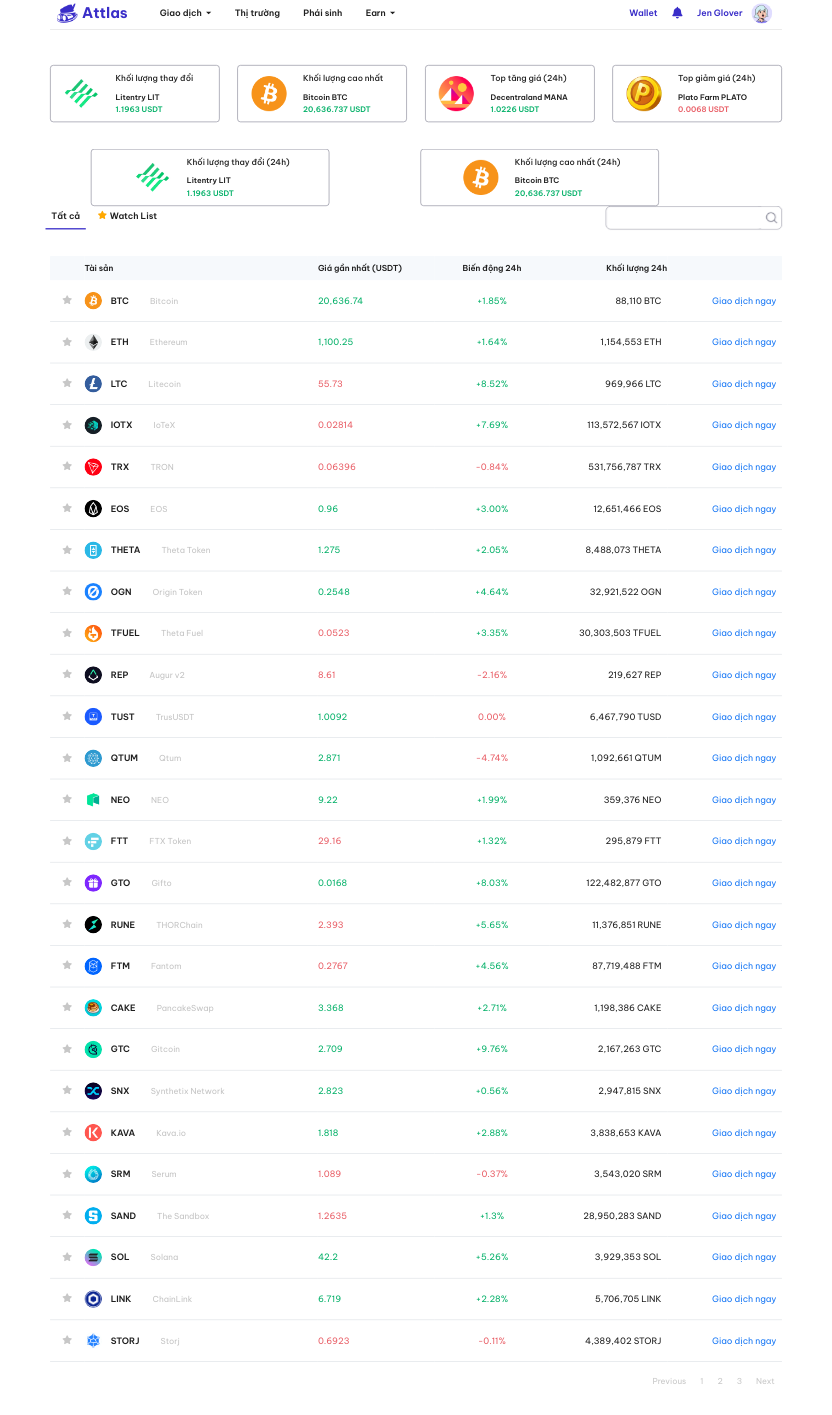
Repository: 1509Long/1509long.github.io
Page: techmaster-test/homepage.html
An editor plug-in stored every save of this project. The page is shown before and after the next save, followed by the edit.
The browser window is 1280 px wide. The pictures show the whole page, at 65% of full size.

Above is the page before, as saved 2022-07-19 16:18:32.

After the next save:
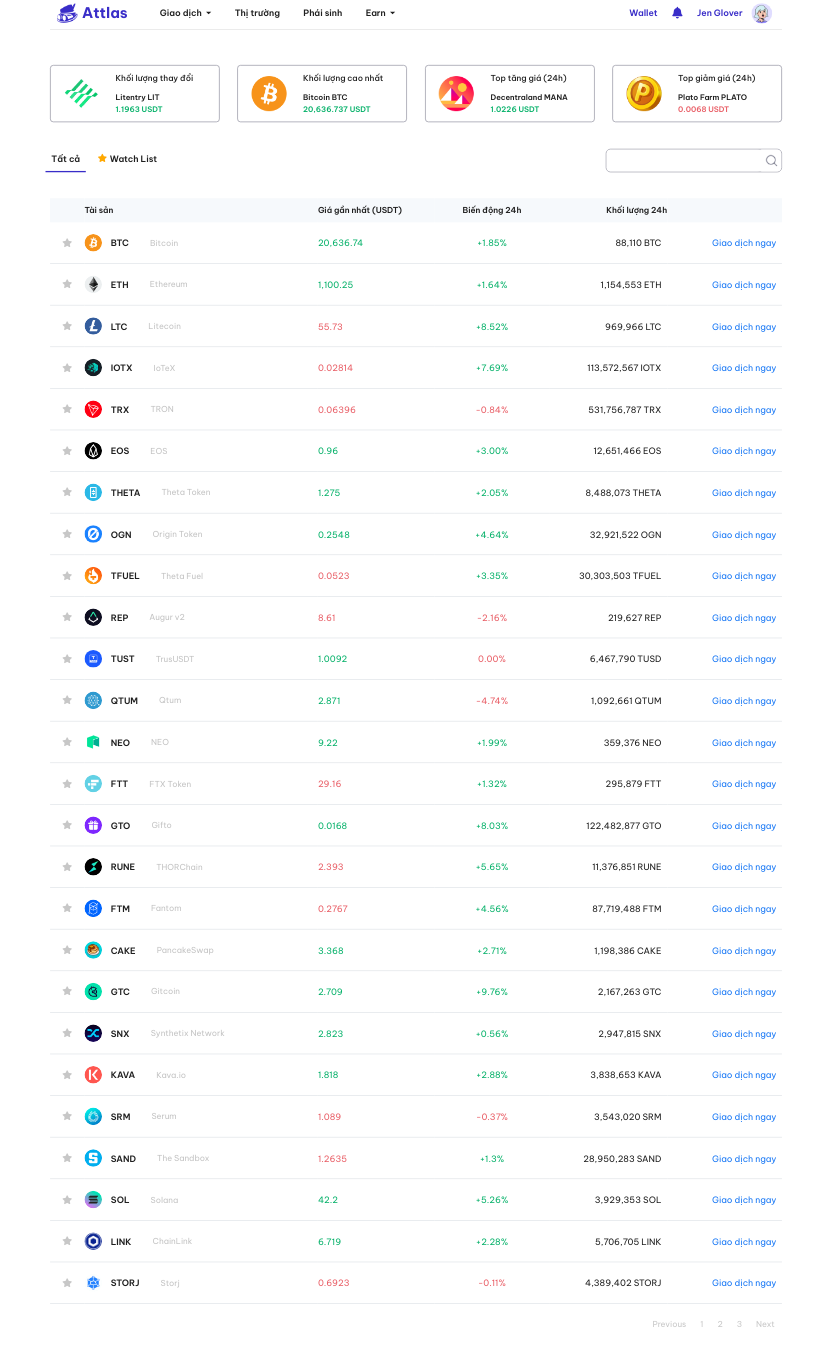
Saved 53 s later.
--- a/techmaster-test/homepage.css
+++ b/techmaster-test/homepage.css
@@ -124,7 +124,7 @@
 }
 
 /* reponsive */
-.carousel-slider-responsive {
+#carousel-slider-responsive {
     display: none;
 }
 
